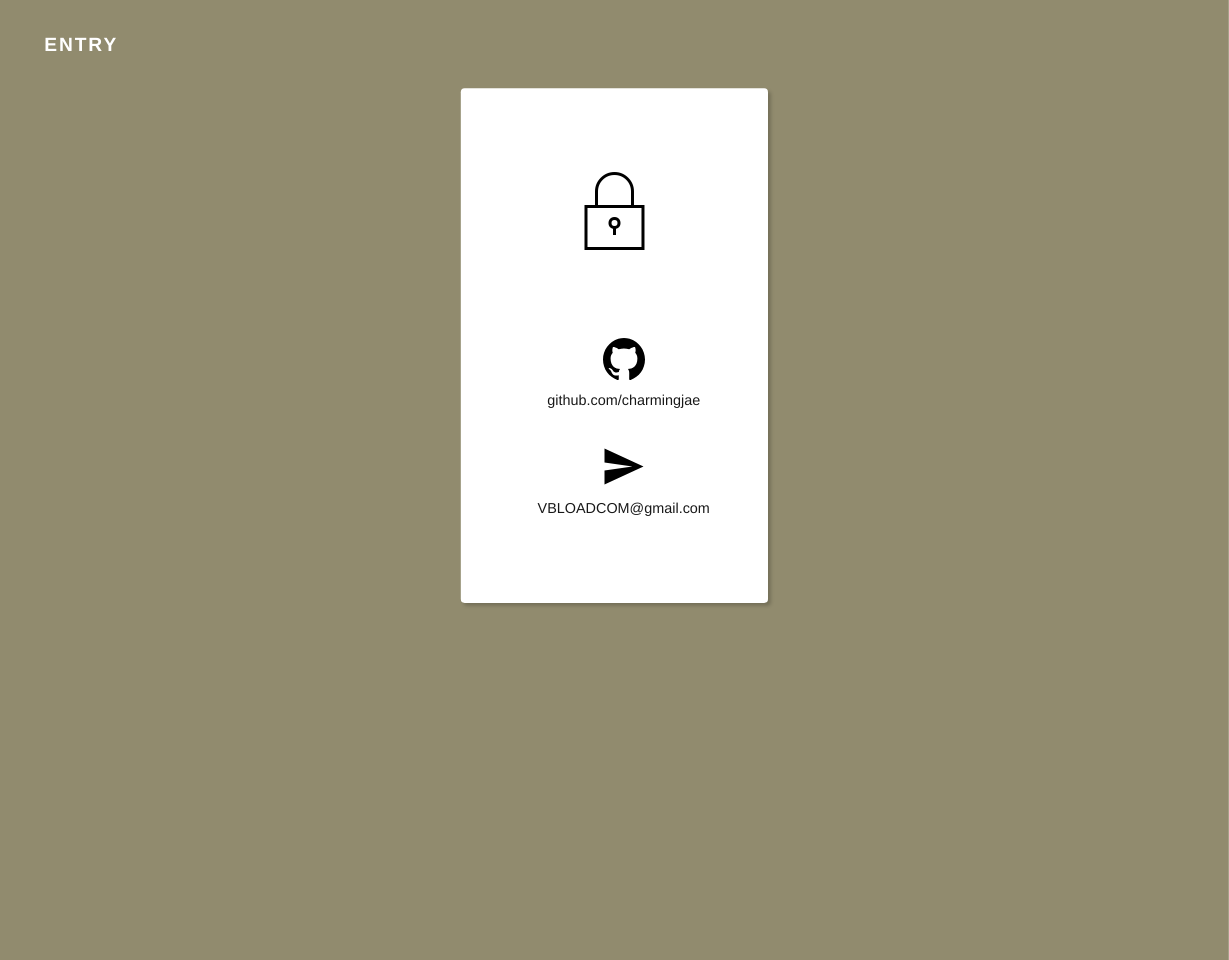
Repository: charmingjae/Entry
Page: http://localhost/entry/contact.jsp
These files come from the project's save history. The page is drawn as it stood at one moment and after the next save; the edit follows.
The browser window is 1280 px wide. The pictures show the whole page, at 96% of full size.
Some web libraries are served in a nearby version. The page is served by Tomcat 9.

Above is the page before, as saved 2020-02-02 15:35:26.

After the next save:
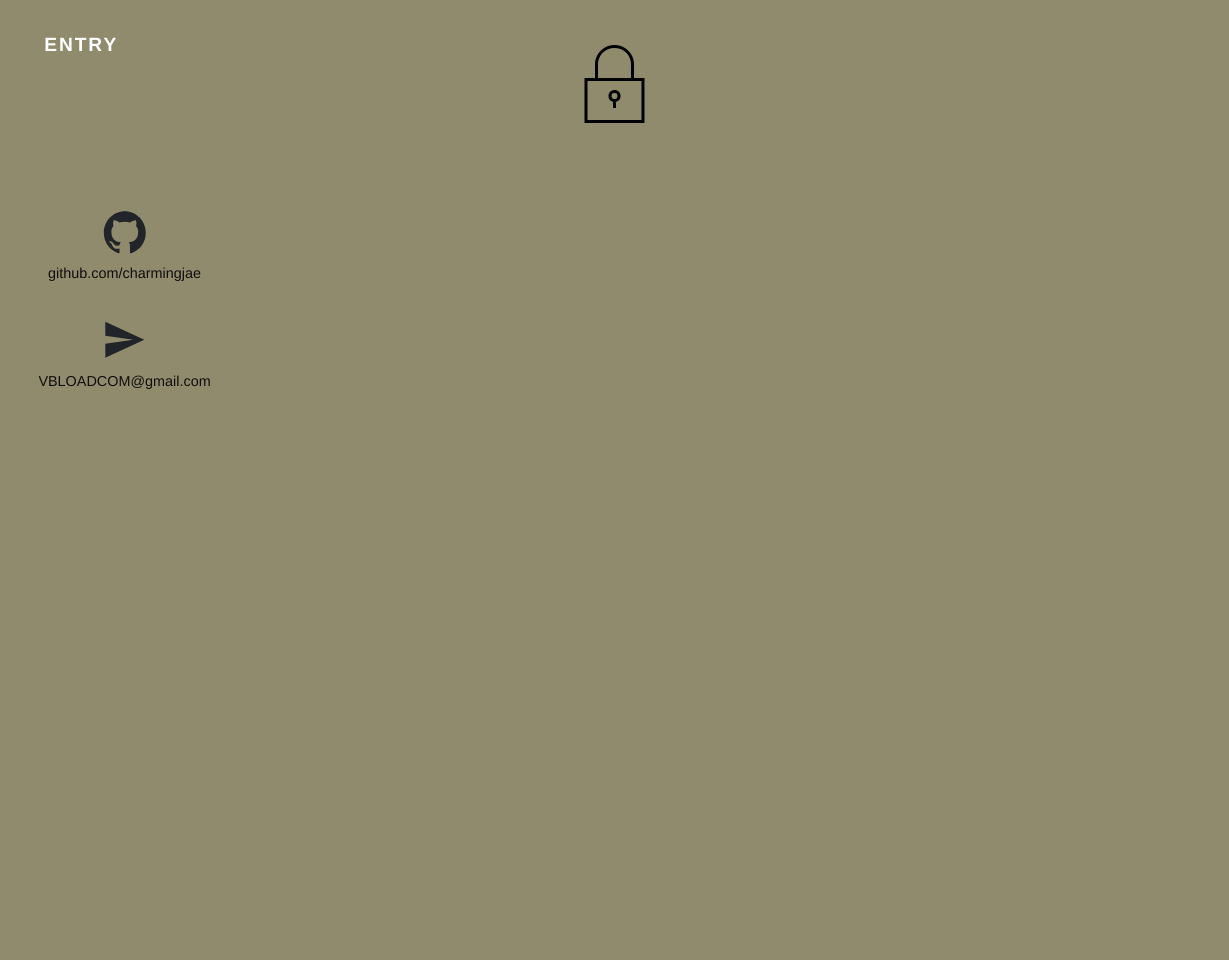
Saved 5 s later.
--- a/entry/WebContent/contact.jsp
+++ b/entry/WebContent/contact.jsp
@@ -16,7 +16,6 @@
 <body>
     <div class="login-dark">
     <jsp:include page="headerForRL.jsp"></jsp:include>
-        <form method="post">
             <h2 class="sr-only">Login Form</h2>
             <div class="illustration"><i class="icon ion-ios-locked-outline"></i></div>
                   <div class="media">

After the 2 saves that followed:
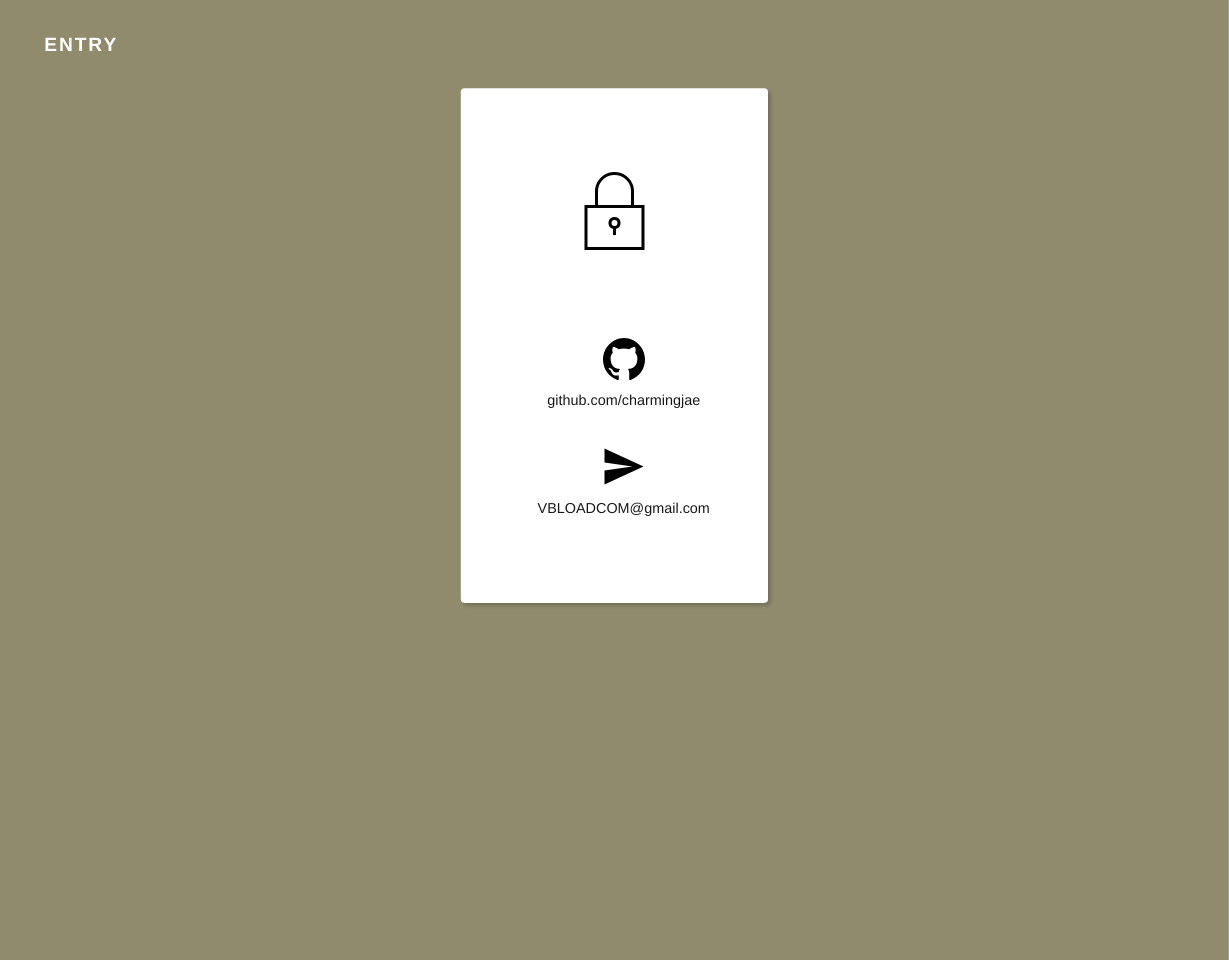
The 2 saves are shown as one change because 1 left the picture as it was.
The last was saved 12 s later.
--- a/entry/WebContent/contact.jsp
+++ b/entry/WebContent/contact.jsp
@@ -16,6 +16,7 @@
 <body>
     <div class="login-dark">
     <jsp:include page="headerForRL.jsp"></jsp:include>
+        <form method="post">
             <h2 class="sr-only">Login Form</h2>
             <div class="illustration"><i class="icon ion-ios-locked-outline"></i></div>
                   <div class="media">
@@ -24,6 +25,8 @@
                   <li><ion-icon name="send"></ion-icon><a href="http://www.gmail.com" class="email">VBLOADCOM@gmail.com</a></li>
             </ul>
       </div>
+            <a href="register.jsp" class="forgot"> </a>
+            <a href="#" class="forgot"> </a>
         </form>
     </div>
     <script src="https://cdnjs.cloudflare.com/ajax/libs/jquery/3.2.1/jquery.min.js"></script>
